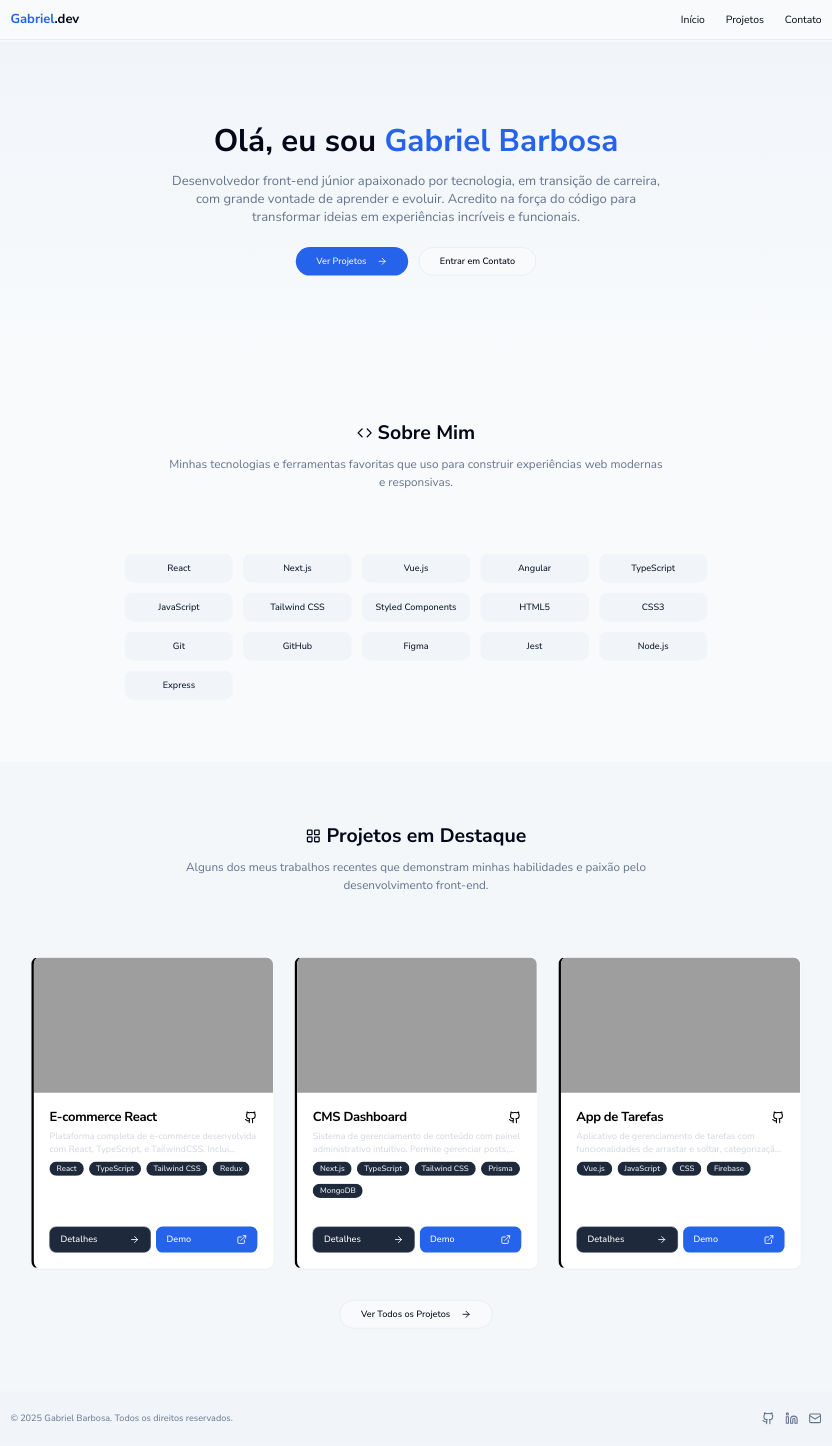
Repository: Biel-barbosa/portfolio-gabriel
Page: /
An editor plug-in stored every save of this project. The page is shown before and after the next save, followed by the edit.
The browser window is 1280 px wide. The pictures show the whole page, at 65% of full size.
Pictures or frames that could not be fetched are drawn as grey boxes. The project was rebuilt for these pictures with package versions that can differ from the ones it lists, and the page was loaded fresh each time. Also part of the build but not shown: vite.config.ts, src/components/ui/tooltip.tsx, src/components/ui/tabs.tsx, src/pages/Projects.tsx, src/pages/ProjectDetail.tsx, src/pages/Contact.tsx, src/pages/NotFound.tsx.

Above is the page before, as saved 2025-05-20 16:48:08.

After the next save:
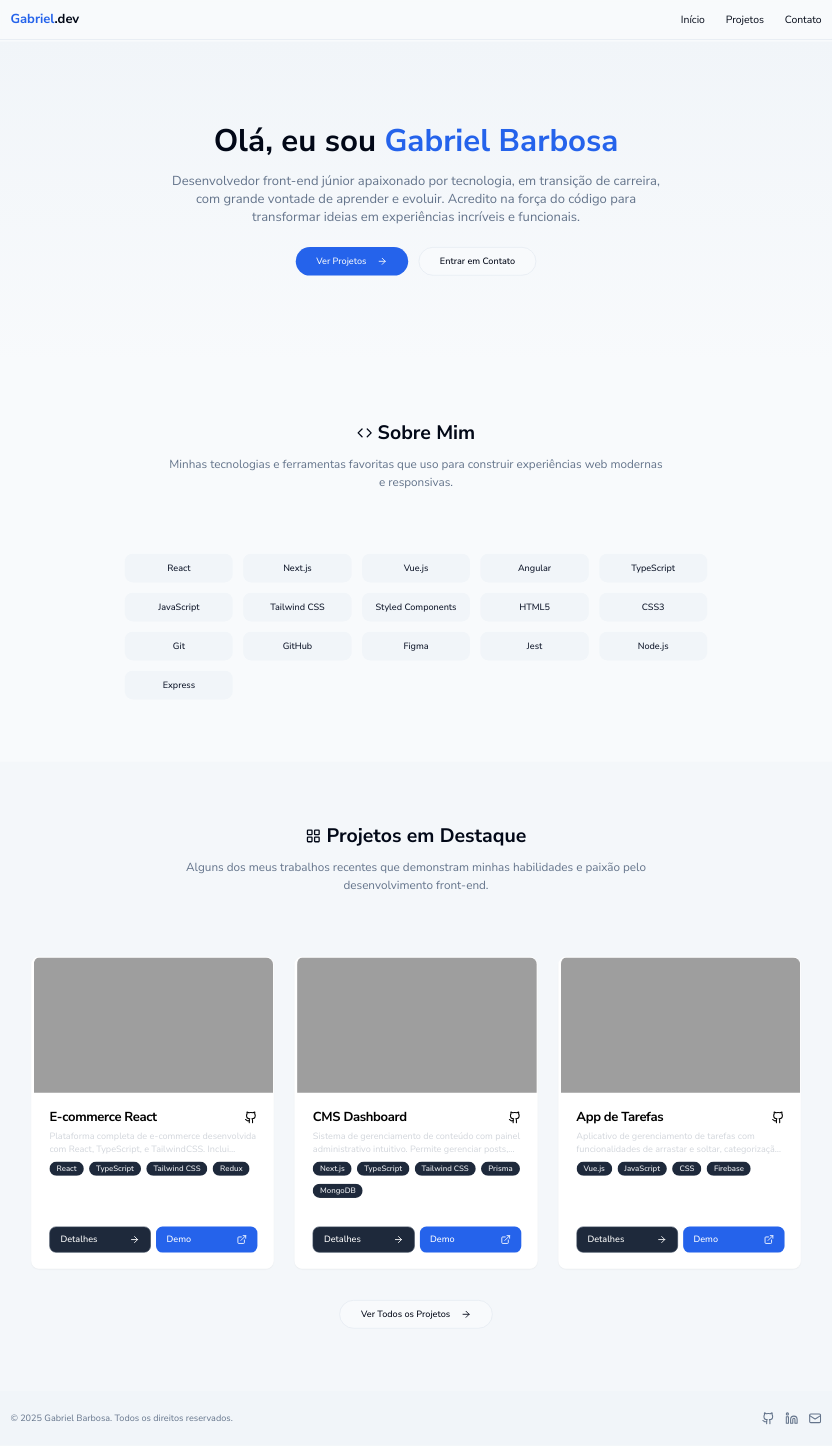
Saved 47 s later.
--- a/src/components/ProjectCard.tsx
+++ b/src/components/ProjectCard.tsx
@@ -27,7 +27,7 @@ const ProjectCard: React.FC<ProjectCardProps> = ({ project, featured = false })
   const projectImage = project.imageUrl || fallbackImages[imageIndex];
 
   return (
-    <Card className={`overflow-hidden flex flex-col bg-white border-white text-black hover:border-primary transition-all duration-300 border-l-4 border-l-[#000]`}>
+    <Card className={`overflow-hidden flex flex-col bg-white border-white text-black hover:border-primary transition-all duration-300 border-l-4 border-l-[##4f4f4f]`}>
       <div className="h-52 overflow-hidden">
         <img
           src={projectImage}
